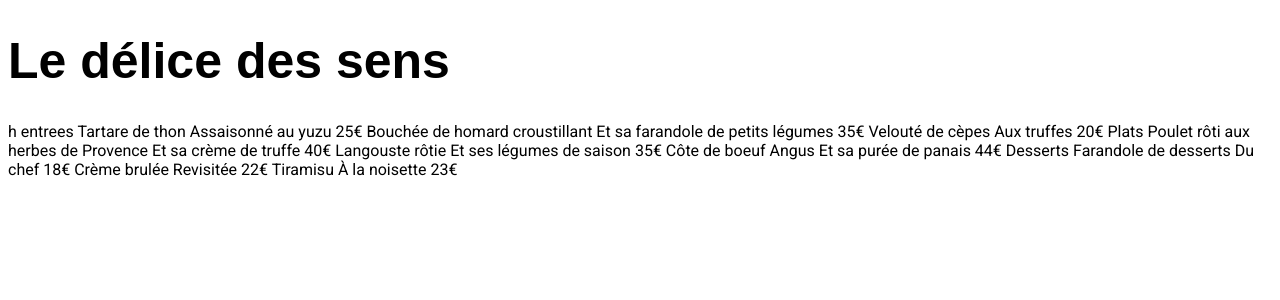
Repository: lysianebo/OHMYFOOD
Page: Le_délice_des sens.html
An editor plug-in stored every save of this project. The page is shown before and after the next save, followed by the edit.
The browser window is 1280 px wide. The pictures show the whole page.
Some web fonts or font styles are not loaded; a fallback is used. Some web libraries are served in a nearby version.

Above is the page before, as saved 2022-10-22 16:11:02.

After the next save:
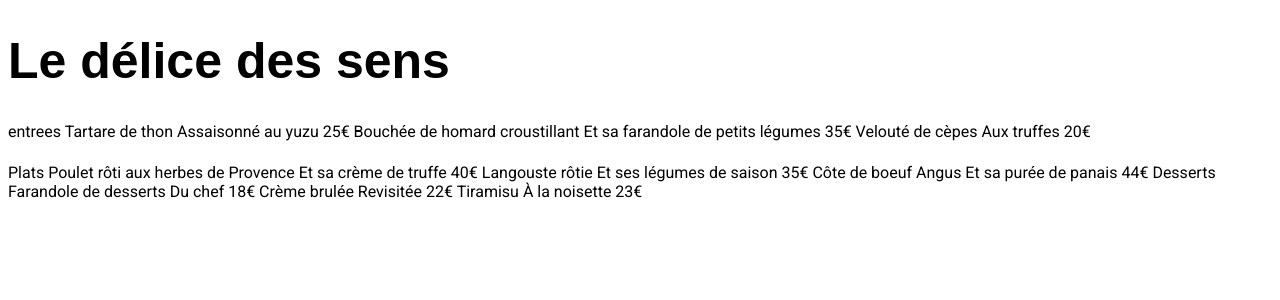
Saved 14 s later.
--- a/Le_délice_des sens.html
+++ b/Le_délice_des sens.html
@@ -11,7 +11,7 @@
 <body>
     <h1>Le délice des sens</h1>
 
-   h entrees
+   <h5></h5> entrees
     Tartare de thon
     Assaisonné au yuzu
     25€
@@ -24,7 +24,7 @@
     Aux truffes
     20€
 
-    Plats
+    <h5></h5>Plats
     Poulet rôti aux herbes de Provence
     Et sa crème de truffe
     40€
